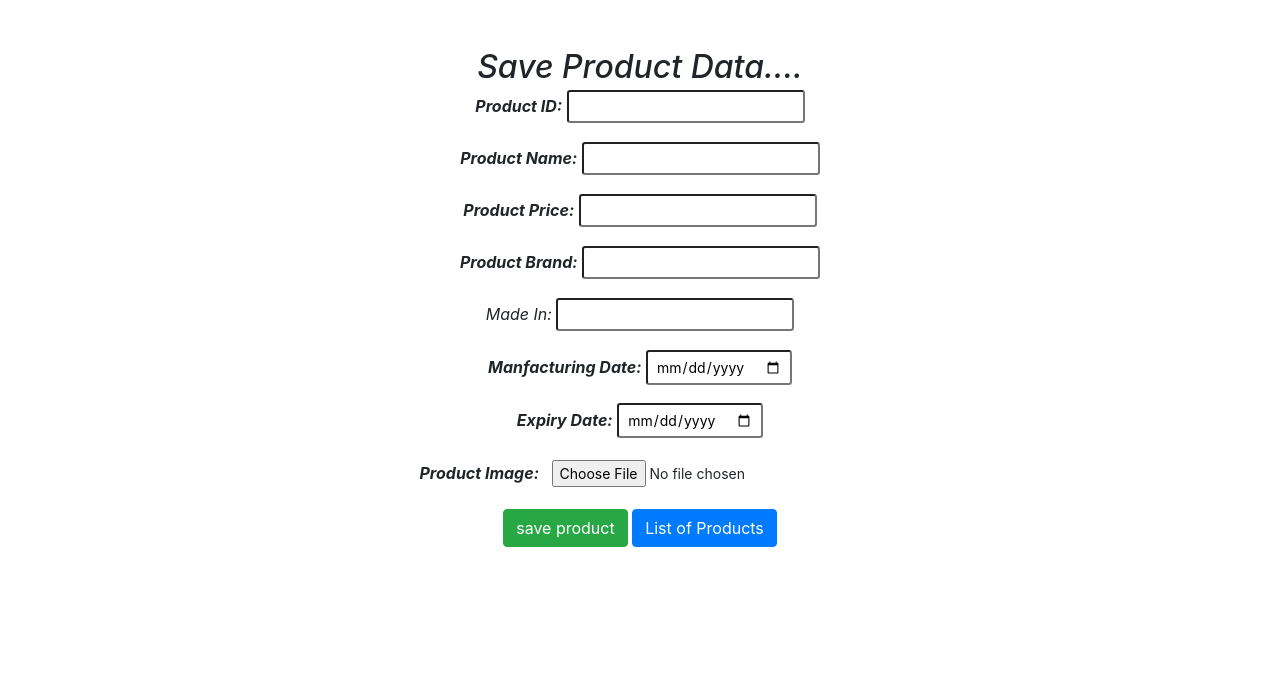
Repository: kamisettiprasanna/AdvJavaPrograms
Page: ProductManagementApp/src/main/webapp/app-product.html
An editor plug-in stored every save of this project. The page is shown before and after the next save, followed by the edit.
The browser window is 1280 px wide. The pictures show the whole page.

Above is the page before, as saved 2024-03-06 11:44:47.

### ProductManagementApp/src/main/webapp/app-product.html
<!DOCTYPE html>
<html>
<head>
    <title>Add Product</title>
    <!-- BootStrap CDN link to get the support of BootStrap -->
    <link rel="stylesheet"
     href="https://cdn.jsdelivr.net/npm/bootstrap@4.0.0/dist/css/bootstrap.min.css">

         <!-- This is  java Script validation  code location -->
         <script src="formvalidation.js"></script>
</head>
<body>
    <div class="container mt-5 text-center">
        <h2 class="text-center font-italic mb-1">Save Product Data....  </h2>

        <form method="post" action="./AddProductServlet" enctype="multipart/form-data" onsubmit="return validateForm()">


              <div class="form-group">
                  <label class="font-italic font-weight-bold" for="proId">Product ID: </label>
                  <input type="text" class="form-control-sm" id="proId" name="proId" required/>
               </div>


              <div class="form-group">
                  <label class="font-italic font-weight-bold" for="proName">Product Name: </label>
                  <input type="text" class="form-control-sm" id="proName" name="proName" required/>
               </div>


                <div class="form-group">
                  <label class="font-italic font-weight-bold" for="proPrice">Product Price: </label>
                  <input type="number" class="form-control-sm" id="proPrice" name="proPrice" required/>
               </div>


                <div class="form-group">
                  <label class="font-italic font-weight-bold" for="proBrand">Product Brand: </label>
                  <input type="text" class="form-control-sm" id="proBrand" name="proBrand" required/>
               </div>


                 <div class="form-group">
                  <label class="font-italic
" for="promadeIn">Made In: </label>
                  <input type="text" class="form-control-sm" id="promadeIn" name="promadeIn" required/>
               </div>


                  <div class="form-group">
                  <label class="font-italic font-weight-bold" for="promDate">Manfacturing Date: </label>
                  <input type="date" class="form-control-sm" id="promDate" name="promDate" required/>
               </div>



                 <div class="form-group">
                  <label class="font-italic font-weight-bold" for="proeDate">Expiry Date: </label>
                  <input type="date" class="form-control-sm" id="promeDate" name="promeDate" required/>
               </div>


                  <div class="form-group">
                  <label class="font-italic font-weight-bold" for="proImage">Product Image: </label>
                  <input type="file" class="form-control-sm" id="proImage" name="proImage"  accept="image/*" required/>
               </div>


                  <div>
                  <input type="submit" class="btn btn-success" value="save product"/>
                  <a href="productList.jsp" class="btn btn-primary">List of Products</a>
               </div>

        </form>


    </div>
</body>
</html>

After the next save:
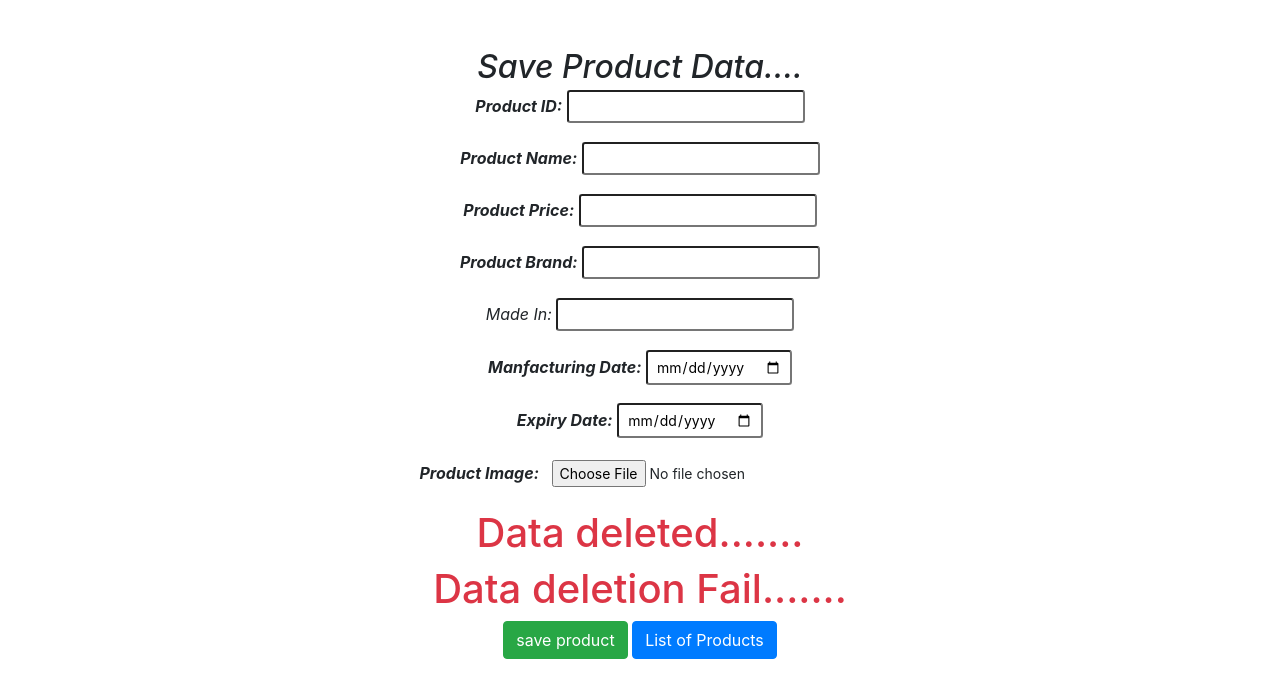
Saved 2 min 54 s later.
--- a/ProductManagementApp/src/main/webapp/app-product.html
+++ b/ProductManagementApp/src/main/webapp/app-product.html
@@ -64,7 +64,16 @@
                   <label class="font-italic font-weight-bold" for="proImage">Product Image: </label>
                   <input type="file" class="form-control-sm" id="proImage" name="proImage"  accept="image/*" required/>
                </div>
-
+              <div>
+              <c:if test="${deleteResult==1}">
+              <h1 class="text-danger text-center">Data deleted.......</h1>
+              </c:if>
+              </div>
+              <div>
+              <c:if test="${deleteResult==0}">
+              <h1 class="text-danger text-center">Data deletion Fail.......</h1>
+              </c:if>
+              </div>
 
                   <div>
                   <input type="submit" class="btn btn-success" value="save product"/>
